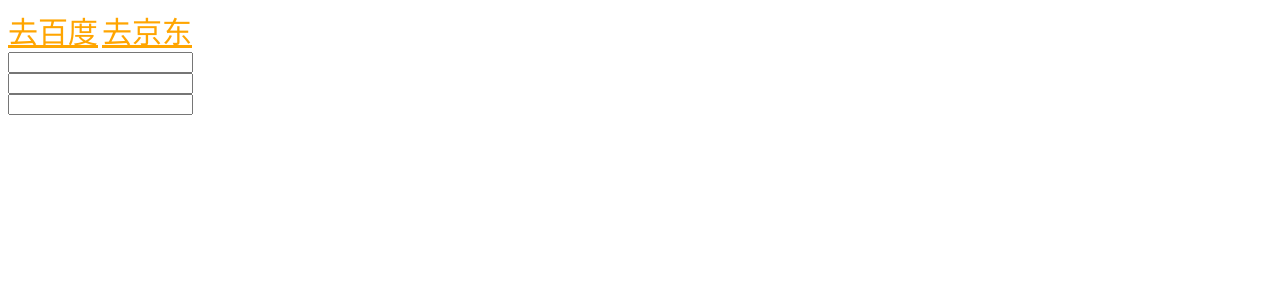
Repository: 123648923/html5-css3
Page: css/05 选择器/16 复合-12-否定伪类-选择器.html
These files come from the project's save history. The page is drawn as it stood at one moment and after the next save; the edit follows.
The browser window is 1280 px wide. The pictures show the whole page.

Above is the page before, as saved 2023-11-03 14:42:08.

### css/05 选择器/16 复合-12-否定伪类-选择器.html
<!DOCTYPE html>
<html lang="en">

<head>
    <meta charset="UTF-8">
    <title>复合-12-否定伪类-选择器</title>
    <style>
        a{
            font-size: 30px;
        }
        /* 选中的是没有访问过的a元素 */
        a:link{
            color: orange;
        }
        /* 选中的是访问过的a元素 */
        a:visited{
            color: gray;
        }
        /* 选中的是鼠标悬浮状态的a元素 */
        a:hover{
            color: blue;
        }
        /* 选中的是激活状态的a元素 */
        a:active{
            color: green;
        }
        /* 获取焦点的表单元素 */
        input:focus{
             color: orange;
             background-color: green;
        }

    </style>
</head>

<body>
    <a href="https://www.baidu.com">去百度</a>
    <a href="https://www.jd.com">去京东</a>
    <br>
    <input type="text">
    <br>
    <input type="text">
    <br>
    <input type="text">
</body>

</html>

After the next save:
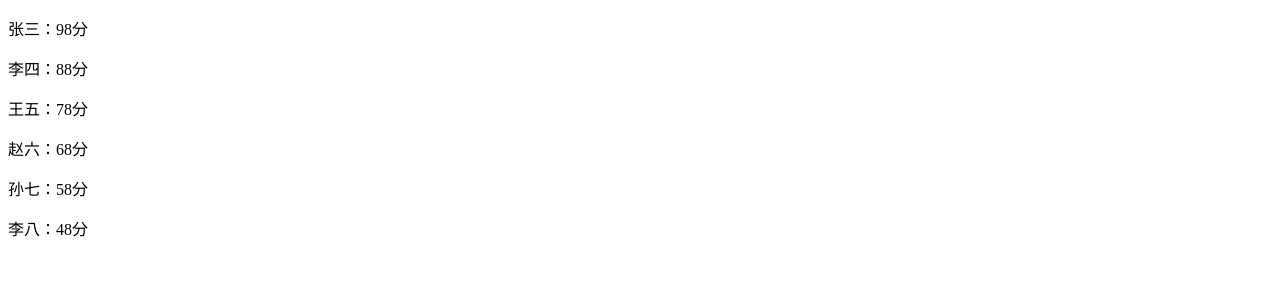
Saved 110 s later.
--- a/css/05 选择器/16 复合-12-否定伪类-选择器.html
+++ b/css/05 选择器/16 复合-12-否定伪类-选择器.html
@@ -5,43 +5,47 @@
     <meta charset="UTF-8">
     <title>复合-12-否定伪类-选择器</title>
     <style>
-        a{
+        a {
             font-size: 30px;
         }
+
         /* 选中的是没有访问过的a元素 */
-        a:link{
+        a:link {
             color: orange;
         }
+
         /* 选中的是访问过的a元素 */
-        a:visited{
+        a:visited {
             color: gray;
         }
+
         /* 选中的是鼠标悬浮状态的a元素 */
-        a:hover{
+        a:hover {
             color: blue;
         }
+
         /* 选中的是激活状态的a元素 */
-        a:active{
+        a:active {
             color: green;
         }
+
         /* 获取焦点的表单元素 */
-        input:focus{
-             color: orange;
-             background-color: green;
+        input:focus {
+            color: orange;
+            background-color: green;
         }
-
     </style>
 </head>
 
 <body>
-    <a href="https://www.baidu.com">去百度</a>
-    <a href="https://www.jd.com">去京东</a>
-    <br>
-    <input type="text">
-    <br>
-    <input type="text">
-    <br>
-    <input type="text">
+    <div>
+        <p>张三：98分</p>
+        <p>李四：88分</p>
+        <p>王五：78分</p>
+        <p>赵六：68分</p>
+        <p>孙七：58分</p>
+        <p>李八：48分</p>
+    </div>
 </body>
 
 </html>
